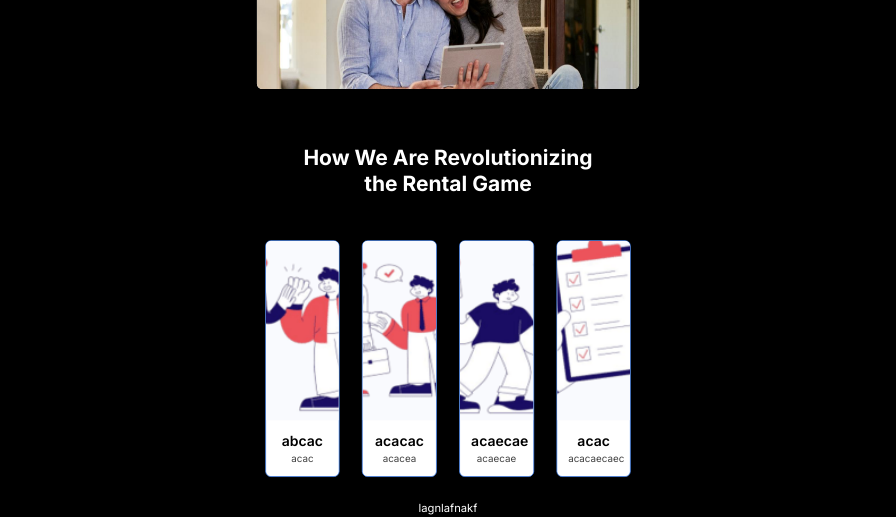
Repository: aditya-jha-kumar/BleisureHosting-V1
Page: /home
These files come from the project's save history. The page is drawn as it stood at one moment and after the next save; the edit follows.
The browser window is 1280 px wide. The pictures show the part of the page from y = 2095 to 4015 px (the page is 2833 px tall before and 4015 px after), at 70% of full size.
The project was rebuilt for these pictures with package versions that can differ from the ones it lists, and the page was loaded fresh each time. The framework's server and built-in components were replaced by stand-ins that run in the browser. Also part of the build but not shown: next.config.mjs.

Above is the page before, as saved 2024-06-12 15:41:41.

After the next save:
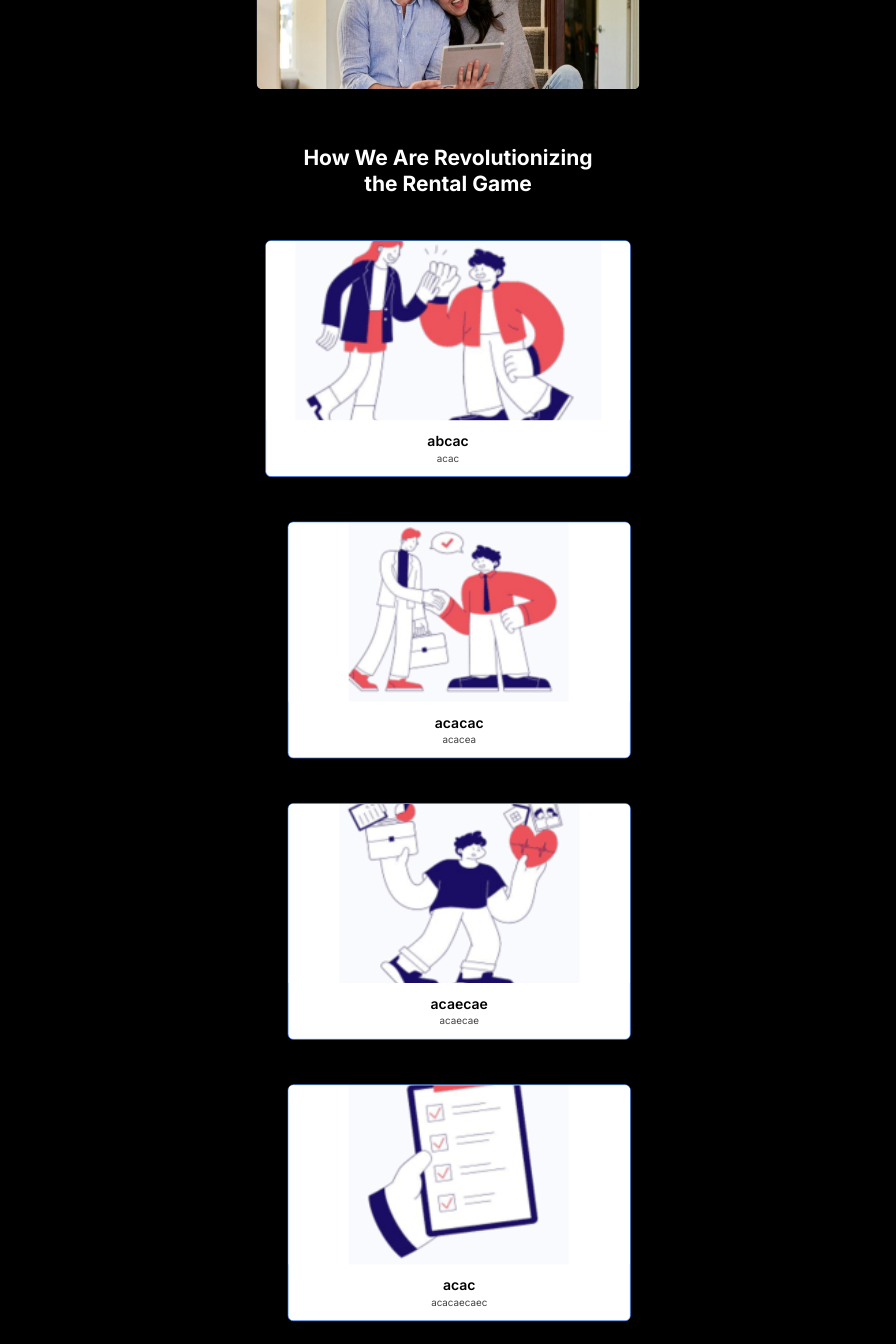
Saved 40 s later.
--- a/src/app/home/page.tsx
+++ b/src/app/home/page.tsx
@@ -1,5 +1,3 @@
-// Home.tsx
-"use client";
 // Home.tsx
 
 import React from "react";
@@ -99,22 +97,17 @@ export default function Home() {
           smallSize // Pass this prop to decrease the size
         />
       </div>
-      {/* revolutionizing */}
-      <div>
-        <div className="flex flex-col items-center justify-center text-center mt-8 md:mt-12 px-4">
-          <h1 className="text-3xl font-bold">
-            How We Are Revolutionizing <br /> the Rental Game
-          </h1>
+      {/* Revolutionizing */}
+      <div className="flex flex-col items-center justify-center text-center mt-8 md:mt-12 px-4">
+        <h1 className="text-3xl font-bold">
+          How We Are Revolutionizing <br /> the Rental Game
+        </h1>
+        <div className="flex flex-wrap justify-center mt-8 space-x-4 md:space-x-8">
+          <Card2 imageSrc="/a1.png" largeText="abcac" smallText="acac" />
+          <Card2 imageSrc="/a2.png" largeText="acacac" smallText="acacea" />
+          <Card2 imageSrc="/a3.png" largeText="acaecae" smallText="acaecae" />
+          <Card2 imageSrc="/a4.png" largeText="acac" smallText="acacaecaec" />
         </div>
-      </div>
-      <div className="flex justify-center mt-8 space-x-4 md:space-x-8">
-        <Card2 imageSrc="/a1.png" largeText="abcac" smallText="acac" />
-        <Card2 imageSrc="/a2.png" largeText="acacac" smallText="acacea" />
-        <Card2 imageSrc="/a3.png" largeText="acaecae" smallText="acaecae" />
-        <Card2 imageSrc="/a4.png" largeText="acac" smallText="acacaecaec" />
-      </div>
-      <div>
-        <h1>lagnlafnakf</h1>
       </div>
     </div>
   );
